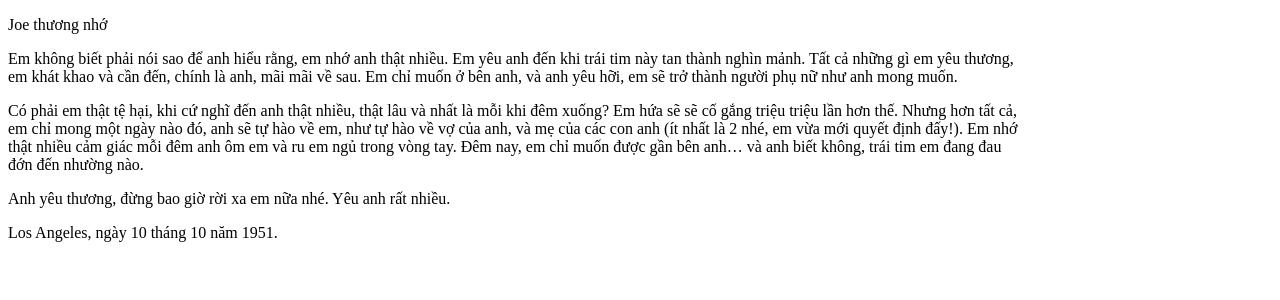
Repository: tungts3qb/BTCodeGym
Page: letter.html
The author's editor kept a copy of each file at every save. The page is drawn from the files as they stood at one save, then again after the next save.
The browser window is 1280 px wide. The pictures show the whole page.

Above is the page before, as saved 2022-12-19 15:53:27.

After the next save:
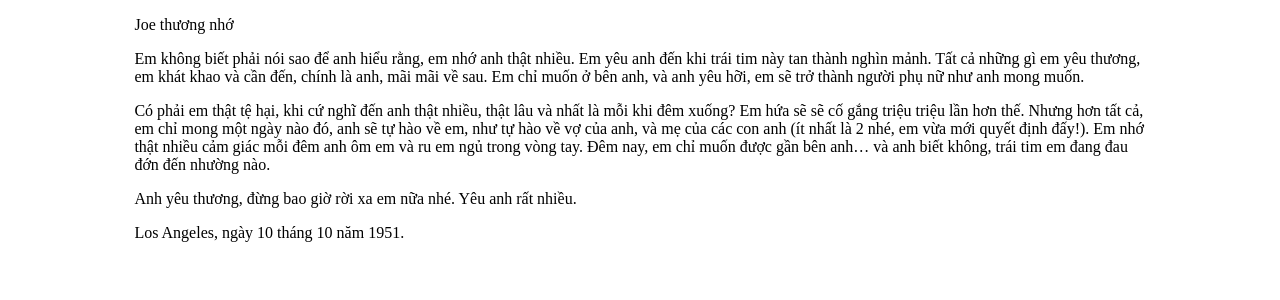
Saved 10 s later.
--- a/letter.html
+++ b/letter.html
@@ -10,7 +10,7 @@
     <style>
         #letter{
             width: 80%;
-            justify-content: center;
+            margin: 0 auto;
         }
     </style>
     <div id="letter">
